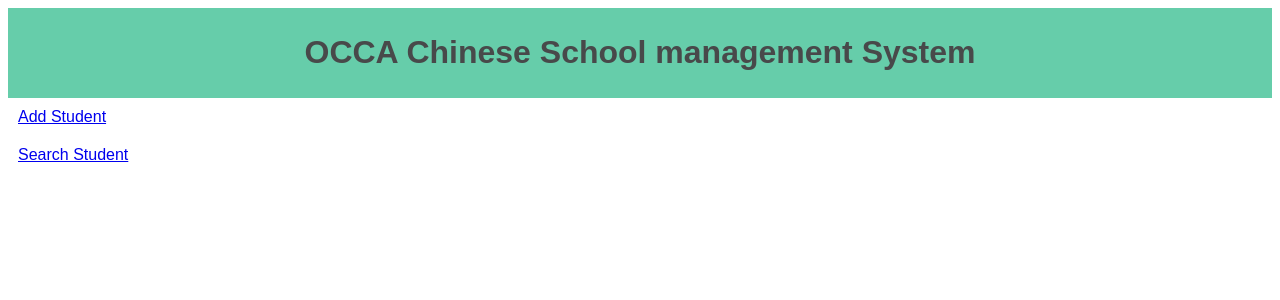
Repository: dreamxia329/TechExercise4830
Page: T3-0325-xia/T3-webProject-Xia/WebContent/index.html
The author's editor kept a copy of each file at every save. The page is drawn from the files as they stood at one save, then again after the next save.
The browser window is 1280 px wide. The pictures show the whole page.

Above is the page before, as saved 2022-03-31 17:41:15.

### T3-0325-xia/T3-webProject-Xia/WebContent/index.html
<html>
<head>
<style>

body {
	font-family: 'Poppins', sans-serif;
	color: #48494a;
}

header {
	background-color: #66CDAA;
	color: #48494a;
	text-align: center;
	padding: 5px;
}


section {
	width: 350px;
	float: center;
	padding: 10px;
}

</style>
</head>

<body>
	<header>
		<h1>OCCA Chinese School management System</h1>
	</header>

	<section>
		<a href="/T3-webProject-Xia/addStudent.html">Add Student</a> <br>
	</section>

	<section>
		<a href="/T3-webProject-Xia/search.html">Search Student</a> <br>
	</section>

</body>
</html>

After the next save:
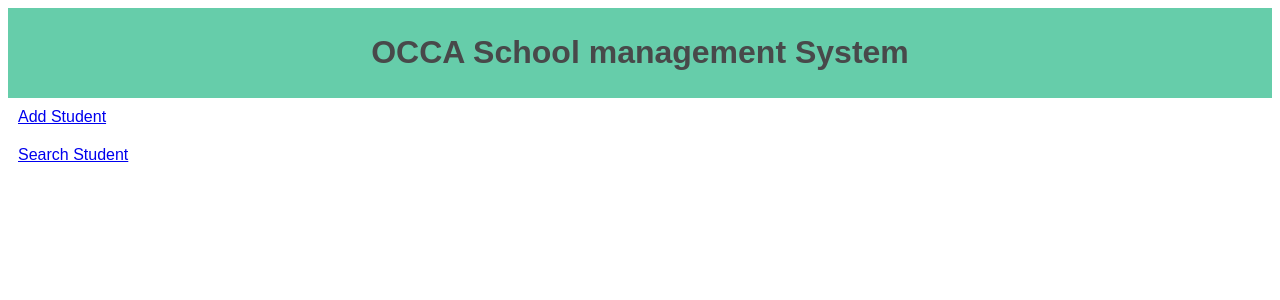
Saved 86 s later.
--- a/T3-0325-xia/T3-webProject-Xia/WebContent/index.html
+++ b/T3-0325-xia/T3-webProject-Xia/WebContent/index.html
@@ -26,7 +26,7 @@ section {
 
 <body>
 	<header>
-		<h1>OCCA Chinese School management System</h1>
+		<h1>OCCA School management System</h1>
 	</header>
 
 	<section>
